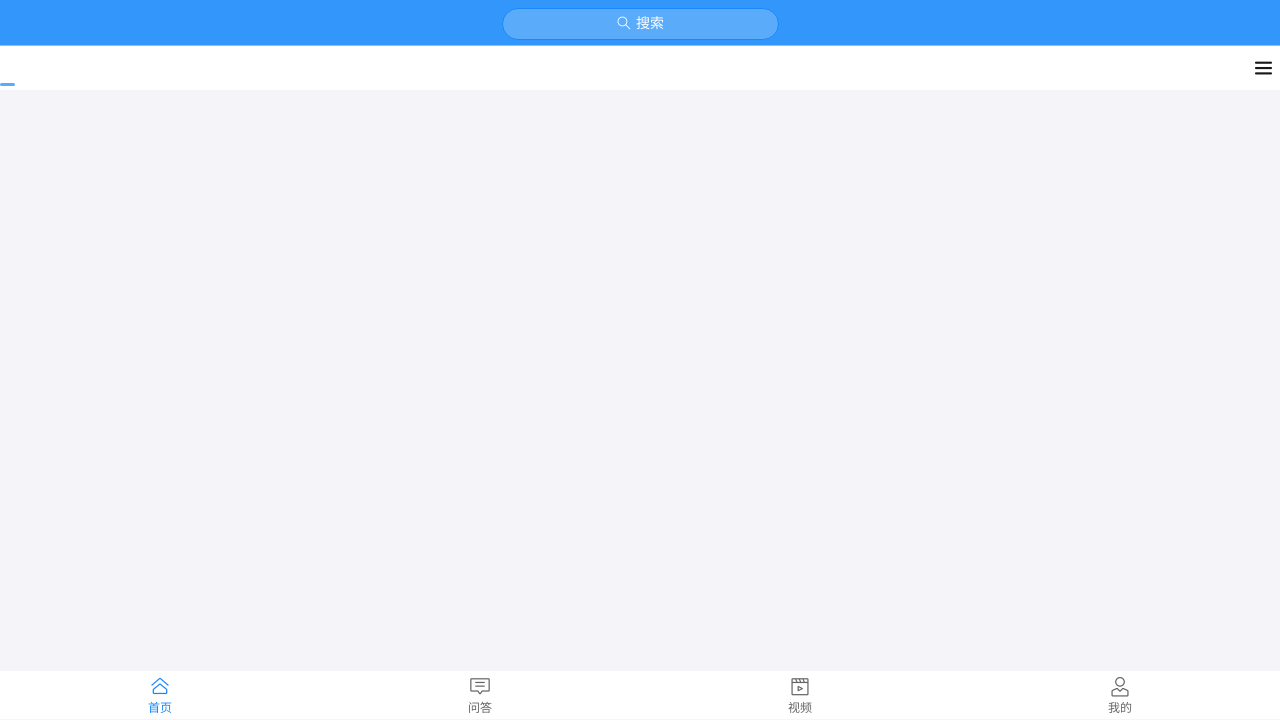
Repository: xn-lb/toutiao-mb
Page: /
These files come from the project's save history. The page is drawn as it stood at one moment and after the next save; the edit follows.
The browser window is 1280 px wide. The pictures show the whole page.
The page's requests for data from a server got no answer. The project was rebuilt for these pictures with package versions that can differ from the ones it lists, and the page was loaded fresh each time. No one was signed in, and anything a server would have sent is missing. Also part of the build but not shown: vue.config.js, src/api/article.js, src/components/article-item/index.vue, src/views/home/components/artitle-list.vue.

Above is the page before, as saved 2023-04-15 11:28:25.

### src/main.js
import Vue from 'vue'
import App from './App.vue'
import router from './router'
import store from './store'
// 加载全局样式
import './styles/index.less'
import Vant from 'vant' //加载Vant 组件库

import 'amfe-flexible' //加载动态设置  rem 基准值

Vue.use(Vant); //注册使用组件库

import './utils/dayjs' //加载时间格式化组件

import 'vant/lib/index.css' //加载全局样式

Vue.config.productionTip = false

new Vue({
    router,
    store,
    render: h => h(App)
}).$mount('#app')

### src/App.vue
<template>
  <div id="app">
  <!-- 路由的出口 -->
    <router-view></router-view>



  </div>
</template>
<script>
export default {
  name: 'APP'
}
</script>
<style lang="less">

</style>

### src/router/index.js
import Vue from 'vue'
import VueRouter from 'vue-router'



Vue.use(VueRouter)

// 路由表
const routes = [{
        path: '/login',
        name: 'LoginIndex',
        component: () =>
            import ('@/views/login')
    },
    {
        path: '/',
        component: () =>
            import ('@/views/layout/'),
        children: [{
                path: '/qa',
                name: 'qa',
                component: () =>
                    import ('@/views/qa/')
            },
            {
                path: '/video',
                name: 'video',
                component: () =>
                    import ('@/views/video/')
            },
            {
                path: '/my', //默认子路由
                name: 'my',
                component: () =>
                    import ('@/views/my/')
            },
            {
                path: '', //默认子路由
                name: 'home',
                component: () =>
                    import ('@/views/home/')
            }
        ]
    }

]

const router = new VueRouter({
    routes
})

export default router

### src/store/index.js
import { getItem, setItem } from '@/utils/strorage'
import Vue from 'vue'
import Vuex from 'vuex'

Vue.use(Vuex)

const USER_KEY = 'toutiao-user'
export default new Vuex.Store({
    // namespaced: true, //关闭命名空间
    state: {
        user: getItem(USER_KEY) //使用封装模块的方式

        //使用原型模式  =>  user: JSON.parse(window.localStorage.getItem('user')) // 存储当前登录用户的登录状态（token 等数据）
    },
    getters: {},
    mutations: {
        setUser(state, data) {
            state.user = data
                // 为了防止页面刷新数据丢失，我们还需要把数据放到本地存储中，这里仅仅是为了持久化数据

            setItem(USER_KEY, state.user) //使用封装模块的方式
                //使用原型模式  =>  window.localStorage.setItem('user', JSON.stringify(state.user))
        }
    },
    actions: {},
    modules: {}
})

### src/styles/index.less
// 全局样式文件
// 加载图标样式
@import "./icon.less";

body{
    background-color: #f5f5f9;
}
.app-nav-bar{
    background-color: #3296fa !important;
    .van-nav-bar__title{
        color: #fff;
    }
    .van-icon{
        color:#fff !important;
    }
}

### src/utils/dayjs.js
// 初始化dayjs相关配置
import Vue from 'vue'
import dayjs from 'dayjs'
import 'dayjs/locale/zh-cn' //加载中文语言包
import relativeTime from 'dayjs/plugin/relativeTime'

// 配置使用相对时间
dayjs.extend(relativeTime)

// 配置中文语言包
dayjs.locale('zh-cn') // 全局使用


// 把处理相对时间的代码包装成全局过滤器
// 然后就可以在任何组件的模板中使用了
// 所谓的过滤器其实就是一个可以在模板中调用的函数而已
Vue.filter('relativeTime', value => {
    return dayjs(value).from(dayjs())
})

### src/views/layout/index.vue
<template>
    <div class="layout-container">
         <!-- 子路由出口 -->
        <router-view />

        <!-- 底部导航栏 -->
        <van-tabbar v-model="active" route>
            <van-tabbar-item icon="home-o" to="/">首页</van-tabbar-item>
            <van-tabbar-item icon="comment-o" to="/qa">问答</van-tabbar-item>
            <van-tabbar-item icon="video-o" to="/video">视频</van-tabbar-item>
            <van-tabbar-item icon="user-o" to="/my">我的</van-tabbar-item>
        </van-tabbar>
    </div>


</template>

<script>
export default {
    name:'layoutIndex',
    components:{},
    props:{},
    data(){
        return{
            active:0
        }
    }
}
</script>

<style>

</style>

### src/views/home/index.vue
<template>
  <div class="home-container">
  <!-- 首页 -->
    <van-nav-bar class="app-nav-bar">
      <van-button
      class="search-btn"
      slot="title"
      icon="search"
      type="info"
      round
      size="small"
      >搜索</van-button>
    </van-nav-bar>

    <!-- 文章频道列表 -->
    <!-- 标签页组件本身具有一个功能，只有你第一次查看标签页的时候才会渲染里面的内容 -->
    <van-tabs class="channel-tabs" v-model="active">
      <van-tab
      :title="channel.name"
      v-for="channel in channels"
      :key="channel.id"
      >
      <!-- 文章列表 -->
      <!-- 第一个channel是props里的channel -->
      <artitleList :channel="channel"></artitleList>
      </van-tab>
      <!-- 在汉堡按钮前加一个占位元素 -->
      <div slot="nav-right" class="wap-nav-placeholder"></div>
      <div
      slot="nav-right"
      @click="isChannelEditShow = true"
      class="wap-nav-wrap"
      >
        <van-icon name="wap-nav" />
      </div>
    </van-tabs>

    <!-- 弹出层 -->
    <van-popup v-model="isChannelEditShow"
    class="channel-edit-pupop"
    position="bottom"
    closeable
    close-icon-position="top-left"
    get-container="body"
    style="height:100%"
    >
    <channelEdit
      :userChannels="channels"
      :active="active"
      @update-active="onUpdateActive"
    ></channelEdit>
    </van-popup>
  </div>

</template>

<script>
import channelEdit from './components/channel-edit.vue'
import {getUserChannels} from '@/api/user'
import artitleList from './components/artitle-list.vue'
export default {
  name:'HomeIndex',
  components:{
    artitleList,
    channelEdit
  },
  props:{},
  data () {
    return{
      active: 0, //tab标签 初始标签
      channels:[], //频道列表
      isChannelEditShow: false   //控制编辑频道的显示状态
    }
  },
  created () {
    this.loadChannels()
  },
  methods:{
    async loadChannels(){
      // 请求获取频道数据
      const {data} = await getUserChannels()
      // console.log(data);
      this.channels = data.data.channels
    },
    onUpdateActive(index , isChannelEditShow = true){
      this.active = index
      this.isChannelEditShow = isChannelEditShow
    }
  }
}
</script>

<style lang="less" scoped>
.home-container {
  /deep/ .van-nav-bar__title{
      max-width: none;
    }
  .search-btn{
    width: 277px;
    height: 32px;
    background: #5babfb;
    .van-button__text{
      font-size: 14px;
    }
    .van-icon{
      font-size: 16px;
    }
    }

    .channel-tabs{
      /deep/ .van-tab {
        border-right: 1px solid #edeff3;
        border-bottom: 1px solid #edeff3;
      }
      /deep/ .van-tabs__line{
        width: 15px ;
        height: 3px;
        background: #5babfb;
        margin-bottom: 4px;
      }
    }

    .channel-edit-pupop{
      height: 100%;
    }

    .wap-nav-placeholder{
      width: 18px;
      flex-shrink: 0;
    }
    .wap-nav-wrap{
      position: fixed;
      right: 0;
      height: 44px;
      width: 33px;
      display: flex;
      justify-content: center;
      align-items: center;
      background-color: #fff;
      opacity: .9;
      .van-icon{
        font-size: 22px;
      }
    }
  }
</style>

### src/utils/strorage.js
// 本地存储封装模块

// 获取
export const getItem = (name) => {
    const data = window.localStorage.getItem(name)
    try {
        // 尝试把data转为JavaScript对象
        return JSON.parse(data)
    } catch (err) {
        // data不是JSON格式字符串，直接原样返回
        return data
    }
}

// 存储
export const setItem = (name, value) => {
    // 如果value 是对象，就把value 转为JSON格式字符串再储存
    if (typeof value === 'object') {
        value = JSON.stringify(value)
    }
    window.localStorage.setItem(name, value)
}



// 删除
export const removeItem = (name) => {
    window.localStorage.removeItem(name)
}

### src/styles/icon.less
@font-face {
    font-family: "toutiao"; /* Project id 3968849 */
    src: url('//at.alicdn.com/t/c/font_3968849_y288fdc89co.eot?t=1679462277967'); /* IE9 */
    src: url('//at.alicdn.com/t/c/font_3968849_y288fdc89co.eot?t=1679462277967#iefix') format('embedded-opentype'), /* IE6-IE8 */
         url('//at.alicdn.com/t/c/font_3968849_y288fdc89co.woff2?t=1679462277967') format('woff2'),
         url('//at.alicdn.com/t/c/font_3968849_y288fdc89co.woff?t=1679462277967') format('woff'),
         url('//at.alicdn.com/t/c/font_3968849_y288fdc89co.ttf?t=1679462277967') format('truetype'),
         url('//at.alicdn.com/t/c/font_3968849_y288fdc89co.svg?t=1679462277967#toutiao') format('svg');
  }

  .toutiao {
    font-family: "toutiao" !important;
    font-size: 16px;
    font-style: normal;
    -webkit-font-smoothing: antialiased;
    -moz-osx-font-smoothing: grayscale;
  }

  .toutiao-guanbi:before {
    content: "\e601";
  }

  .toutiao-gengduo:before {
    content: "\e602";
  }

  .toutiao-pinglun:before {
    content: "\e603";
  }

  .toutiao-shanchu:before {
    content: "\e604";
  }

  .toutiao-dianzan:before {
    content: "\e605";
  }

  .toutiao-lishi:before {
    content: "\e606";
  }

  .toutiao-shipin:before {
    content: "\e607";
  }

  .toutiao-shoucang:before {
    content: "\e608";
  }

  .toutiao-yanzhengma:before {
    content: "\e609";
  }

  .toutiao-wenda:before {
    content: "\e60a";
  }

  .toutiao-fenxiang:before {
    content: "\e60b";
  }

  .toutiao-youjiantou:before {
    content: "\e60c";
  }

  .toutiao-wuwangluo:before {
    content: "\e60d";
  }

  .toutiao-shouji:before {
    content: "\e60e";
  }

  .toutiao-zuojiantou:before {
    content: "\e60f";
  }

  .toutiao-shouye:before {
    content: "\e610";
  }

  .toutiao-wode:before {
    content: "\e611";
  }

  .toutiao-sousuo:before {
    content: "\e612";
  }

  .toutiao-zuopin:before {
    content: "\e613";
  }

  .toutiao-yuedu:before {
    content: "\e614";
  }

### src/api/user.js
// 用户相关请求模块
import request from "@/utils/request";



// 登录/注册
export const login = data => {
    return request({
        method: 'POST',
        url: '/v1_0/authorizations',
        data
    })
}

// 发送短信验证码
export const sendSms = mobile => {
    return request({
        method: 'GET',
        url: `/v1_0/sms/codes/${mobile}`,
    })
}

// 获取登录用户信息
export const getCountUser = () => {
    return request({
        method: 'GET',
        url: '/v1_0/user',
        // 请求头
        // headers: {
        //     Authorization: `Bearer ${store.state.user.token}`
        // }
    })
}

// 获取用户频道列表
export const getUserChannels = () => {
    return request({
        method: 'GET',
        url: '/v1_0/user/channels'

    })
}

### src/utils/request.js
// 封装axios 请求模块
import axios from "axios"

// 在非组件模块中获取store 必须通过这种方式引入
// 这里单独加载的store  和在组件中的this.$store是一样的
import store from "@/store/";

const request = axios.create({
    baseURL: 'http://toutiao.itheima.net/' //接口的基本路径
})


// 请求拦截器

request.interceptors.request.use(function(config) {

    const { user } = store.state
        // 如果用户已登录，统一给接口设置token 信息
    if (user) {
        config.headers.Authorization = `Bearer ${user.token}`
    }
    // 处理完后一定要把config返回，否则请求将停在这里
    return config
}, function(error) {

    return Promise.reject(error)
})

// 响应拦截器

export default request

### src/views/home/components/channel-edit.vue
<template>
  <div class="channel-edit">
    <van-cell center :border="false">
      <div slot="title" class="channel-title">我的频道</div>
      <van-button
      type="danger"
      size="mini"
      round
      plain
      @click="isEdit = !isEdit"
      >{{ isEdit? '编辑' : '完成'}}</van-button>
    </van-cell>
    <van-grid class="my-grid" :gutter="10">
      <van-grid-item
        :icon="(isEdit && index !== 0) ? 'clear' : ''"
        class="grid-item"
        v-for="(channel ,index) in userChannels"
        :key="index"
        @click="onUserChannelClick(index)"
      >
        <span
        slot="text"
        class="text"
        :class="{ active : index === active}"
        >{{ channel.name }} </span>
      </van-grid-item>
    </van-grid>

    <van-cell center :border="false">
      <div slot="title" class="channel-title">频道推荐</div>
    </van-cell>
    <van-grid class="recommend-grid" :gutter="5">
      <van-grid-item
        @click="onAdd(channel)"
        class="grid-item"
        v-for="(channel ,index) in recommendChannels"
        :key="index"
        :text="channel.name"
        icon="plus"
      />
    </van-grid>
  </div>
</template>

<script>
import { getAllChannels , addUserChannel } from "@/api/channel";
import { mapState } from "vuex";
import { setItem } from '@/utils/strorage'
export default {
  name: "ChannelEdit",
  data() {
    return {
      AllChannels: [], //所有频道列表数据
      isEdit:false,    //控制编辑的显示状态
    };
  },
  computed: {
    ...mapState(['user']),
    // 推荐频道
    recommendChannels() {
      // 所有频道 - 我的频道 = 剩下的推荐频道
      // filter方法 ： 过滤数据，根据方法返回布尔值，true来收集数据
      // filter 方法查找满足条件的所有元素
      return this.AllChannels.filter(channel => {
        // 判断channel是否属于用户频道
        // find方法查找满足条件的单个元素
        return !this.userChannels.find(userChannel => {
          // 找到满足该条件的元素
          return userChannel.id === channel.id;
        });
      });
    }
  },
  props: {
    userChannels: {
      type: Array,
      required: true
    },
    active:{
      type:Number,
      required:true
    }
  },
  created() {
    this.loadAllChannels();
  },
  methods: {
    async loadAllChannels() {
      const { data } = await getAllChannels();
      console.log(data);
      this.AllChannels = data.data.channels;
    },

    async onAdd (channel) {
        this.userChannels.push(channel)
        // 数据持久化处理
        if(this.user){
          try{
          // 已登录，把数据请求接口放到线上
          await addUserChannel([{
            id: channel.id, // 频道ID
            seq:this.userChannels.length  //序号
          }])
          } catch (err){
            this.$toast('保存失败,请稍后重试')
          }

        }else{
          // 未登录，把数据存储到本地
          // 参数1：存储数据的名字，参数2：需要存储的数据
          setItem('TOUTIAO_CHANNELS',this.userChannels)
        }
    },

    onUserChannelClick(index){
        if(this.isEdit && index !== 0){
            // 编辑频道：删除频道
            this.deleteChannel(index)
        }else{
            // 非编辑频道：切换频道
            this.switchChannel(index)
        }
    },

    deleteChannel(index){
        console.log('删除频道');
        if(index <= this.active){
          this.$emit('update-active',this.active - 1 , true)
        }
        this.userChannels.splice(index,1)
    },

    switchChannel(index){
        console.log('切换频道');
        // 定义一个自定义事件
        this.$emit('update-active',index , false)
    }
  }
};
</script>

<style lang="less" scoped>
.channel-edit {
  padding-top: 54px;
  .channel-title {
    font-size: 16px;
    color: #333;
  }
  .my-grid{
    .grid-item {
    width: 80px;
    height: 43px;

    /deep/ .van-grid-item__content {
      background-color: #f4f5f6;
      .van-grid-item__text , .text {
        font-size: 14px;
        color: #222;
        margin-top: 0;
        white-space:nowrap
      }
      .active{
        color: red;
      }
    }

    /deep/ .van-icon{
    position: absolute;
    right: -5px;
    top: -5px;
    font-size: 20px;
    color: #ccc;
    }
  }
  }
  /deep/ .recommend-grid{
    .van-grid-item__content {
      flex-direction: row;
      white-space: nowrap;
    }
    .van-icon-plus{
      color: #222;
      font-size: 12px;
    }
    .van-grid-item__text{
      margin-top: 0;
      font-size:14px ;
    }

  }
}
</style>

### src/api/channel.js
// 频道相关请求模块
import request from "@/utils/request";

// 获取所有频道列表
export const getAllChannels = () => {
    return request({
        method: 'GET',
        url: '/v1_0/channels'
    })
}

// 添加用户频道
export const addUserChannel = channel => {
    return request({
        method: 'PATCH',
        url: '/v1_0/user/channels',
        data: {
            channels: [channel]
        }
    })
}

Loaded but not shown: public/index.html (common file)

After the next save:
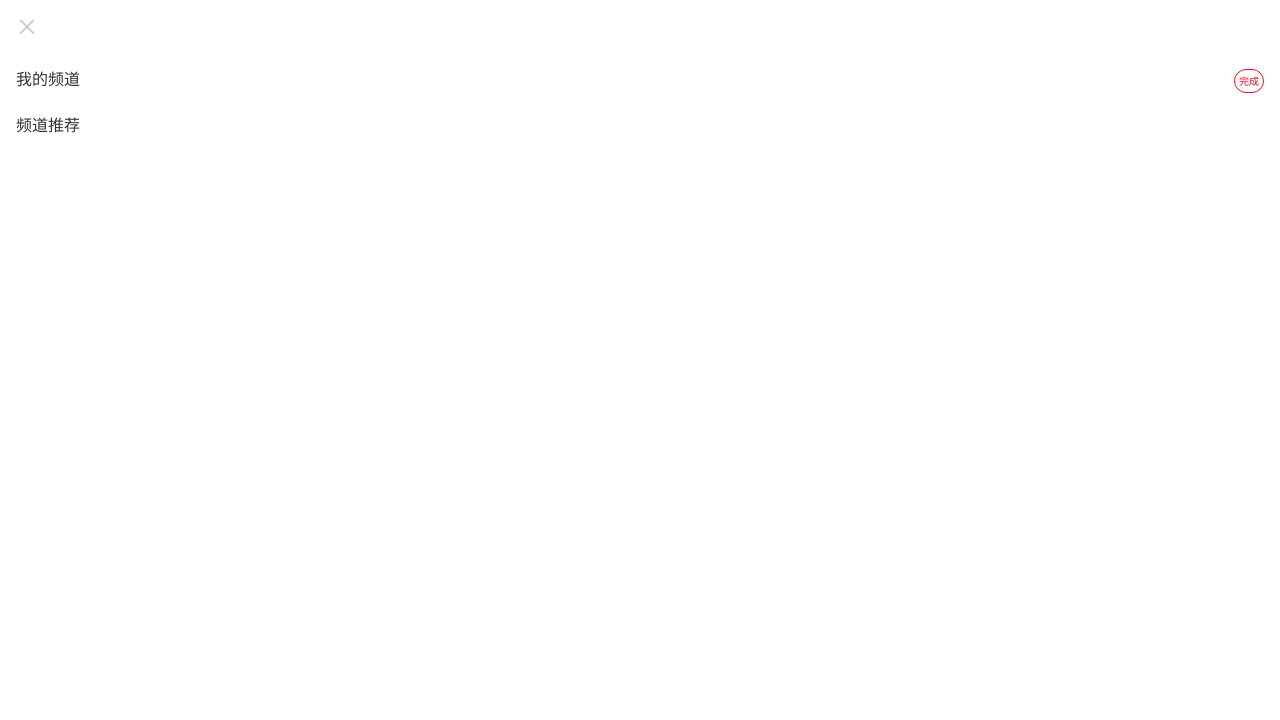
Saved 26 s later.
--- a/src/views/home/index.vue
+++ b/src/views/home/index.vue
@@ -69,7 +69,7 @@
     return{
       active: 0, //tab标签 初始标签
       channels:[], //频道列表
-      isChannelEditShow: false   //控制编辑频道的显示状态
+      isChannelEditShow: true   //控制编辑频道的显示状态
     }
   },
   created () {

After the 5 saves that followed:
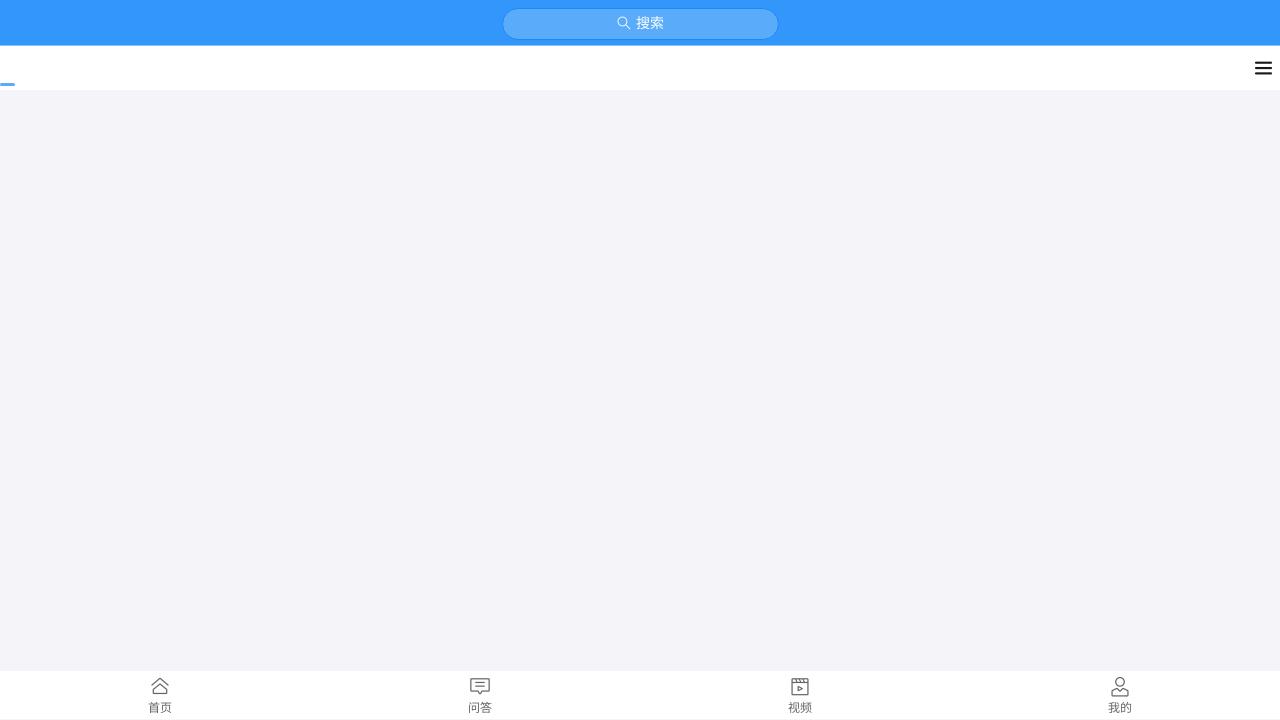
The 5 saves are shown as one change because 4 left the picture as it was.
The last was saved 9 min 11 s later.
--- a/src/views/layout/index.vue
+++ b/src/views/layout/index.vue
@@ -5,7 +5,7 @@
 
         <!-- 底部导航栏 -->
         <van-tabbar v-model="active" route>
-            <van-tabbar-item icon="home-o" to="/">首页</van-tabbar-item>
+            <van-tabbar-item icon="home-o" to="home">首页</van-tabbar-item>
             <van-tabbar-item icon="comment-o" to="/qa">问答</van-tabbar-item>
             <van-tabbar-item icon="video-o" to="/video">视频</van-tabbar-item>
             <van-tabbar-item icon="user-o" to="/my">我的</van-tabbar-item>
--- a/src/views/home/index.vue
+++ b/src/views/home/index.vue
@@ -69,7 +69,7 @@
     return{
       active: 0, //tab标签 初始标签
       channels:[], //频道列表
-      isChannelEditShow: true   //控制编辑频道的显示状态
+      isChannelEditShow: false   //控制编辑频道的显示状态
     }
   },
   created () {
--- a/src/views/home/components/channel-edit.vue
+++ b/src/views/home/components/channel-edit.vue
@@ -97,10 +97,10 @@ export default {
         if(this.user){
           try{
           // 已登录，把数据请求接口放到线上
-          await addUserChannel([{
+          await addUserChannel({
             id: channel.id, // 频道ID
             seq:this.userChannels.length  //序号
-          }])
+          })
           } catch (err){
             this.$toast('保存失败,请稍后重试')
           }
